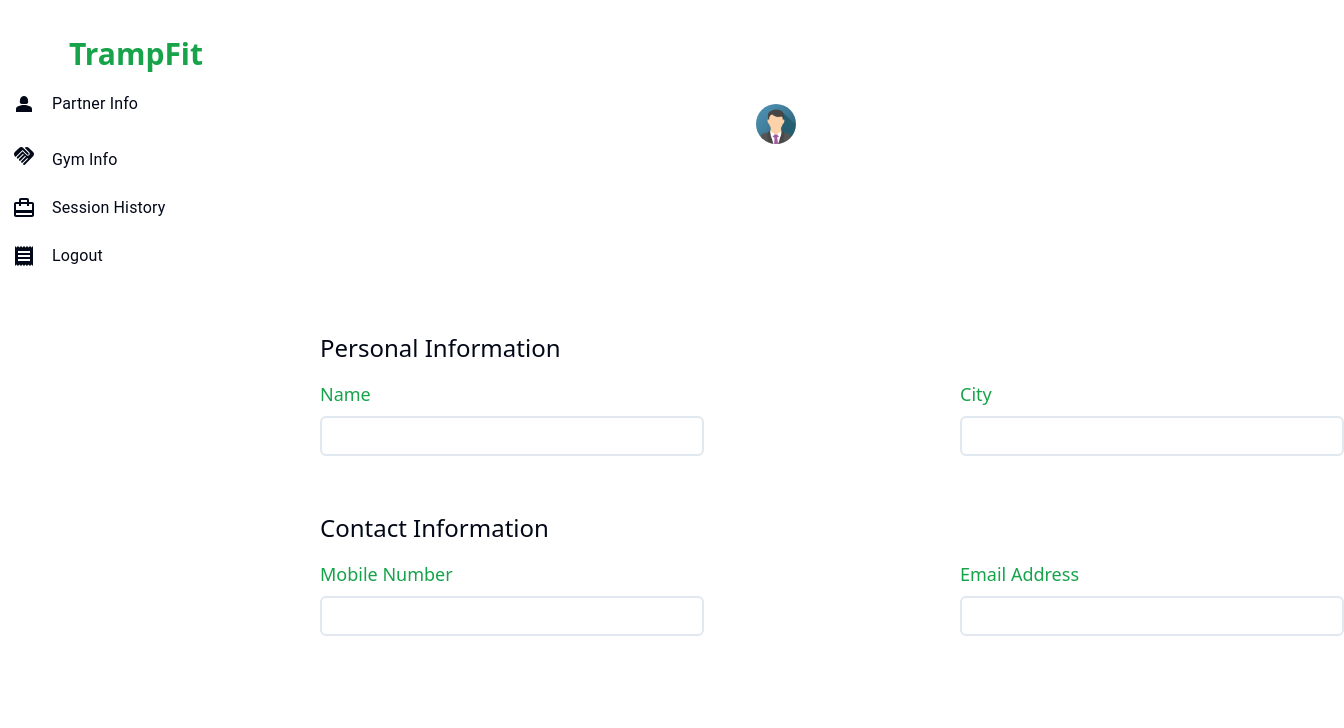
Repository: ezioxatul/TrampFit-Website
Page: /partner/partnerDashboard/partnerInfo (app in Frontend/)
An editor plug-in stored every save of this project. The page is shown before and after the next save, followed by the edit.
The browser window is 1280 px wide. The page is 1344 px wide, so the pictures cover 1344 px, including what lies to the right of the window. The pictures show the whole page.
The project was rebuilt for these pictures with package versions that can differ from the ones it lists, and the page was loaded fresh each time. The framework's server and built-in components were replaced by stand-ins that run in the browser. Also part of the build but not shown: Frontend/next.config.js, Frontend/next.config.mjs, Frontend/components/Loader.js, Frontend/components/Popup.js.

Above is the page before, as saved 2024-05-16 17:49:16.

### Frontend/pages/_app.js
import Loader from "@/components/Loader";
import "@/styles/globals.css";
import { useRouter } from "next/router";
import { useEffect, useState } from "react";


const Loading = () => {

  return (
    <Loader/>
  );
}

export default function App({ Component, pageProps }) {

  const [loading, setLoading] = useState(false);
  const router = useRouter();

  useEffect(() => {
    const handleStart = () => setLoading(true);
    const handleComplete = () => setLoading(false);

    router.events.on('routeChangeStart', handleStart);
    router.events.on('routeChangeComplete', handleComplete);
    router.events.on('routeChangeError', handleComplete);

    return () => {
      router.events.off('routeChangeStart', handleStart);
      router.events.off('routeChangeComplete', handleComplete);
      router.events.off('routeChangeError', handleComplete);
    };
  }, []);

  return (
    <>
    <div className="h-2">
      {
        loading  &&
          <Loading />

      }
      </div>
          <Component {...pageProps} />

    </>
  );
}

### Frontend/pages/_document.js
import { Html, Head, Main, NextScript } from "next/document";

export default function Document() {
  return (
    <Html lang="en">
          <Head />
          <body>
            <Main />
            <NextScript />
          </body>
        </Html>
        );
}

### Frontend/pages/partner/partnerDashboard/partnerInfo.js
import PartnerSideBar from "@/components/PartnerSideBar";
import { Avatar } from "@mui/material";
import { Input } from "@/components/ui/input";
import { Label } from "@/components/ui/label";
import { useEffect, useState } from "react";
import { useRouter } from "next/router";
import { ToastContainer, toast } from "react-toastify";

export default function partnerInfo() {
    const inputClassName = "w-96 text-lg border-2";
    const labelClassName = "text-lg text-green-600 font-normal";
    const containerClassName = "ml-80";

    return (
        <>
            <div className="flex flex-col min-h-screen">
                <div className="flex">
                    <PartnerSideBar />
                        <Avatar className="w-36 mx-auto mt-24 h-36 text-6xl bg-black" src="/avtar.png" />
                </div>
                <div>
                    <h1 className={`${containerClassName} text-2xl mb-4`}>Personal Information</h1>
                    <div className={`${containerClassName} flex mb-10`}>
                        <div className="mr-32 space-y-2">
                            <Label htmlFor="name" className={labelClassName}>
                                Name
                            </Label>
                            <Input type="text" className={inputClassName} />
                        </div>
                        <div className="ml-32 space-y-2">
                            <Label htmlFor="city" className={labelClassName}>
                                City
                            </Label>
                            <Input type="text" className={inputClassName} />
                        </div>
                    </div>
                </div>
                <div>
                    <h1 className={`${containerClassName} text-2xl mb-4 mt-4`}>Contact Information</h1>
                    <div className={`${containerClassName} flex mb-10`}>
                        <div className="mr-32 space-y-2">
                            <Label htmlFor="name" className={labelClassName}>
                                Mobile Number
                            </Label>
                            <Input type="text" className={inputClassName} />
                        </div>
                        <div className="ml-32 space-y-2 mb-10">
                            <Label htmlFor="city" className={labelClassName}>
                                Email Address
                            </Label>
                            <Input type="text" className={inputClassName} />
                        </div>
                        <ToastContainer />
                    </div>
                </div>
            </div>
        </>
    );
}

### Frontend/styles/globals.css
@tailwind base;
@tailwind components;
@tailwind utilities;


@layer base {
  :root {
    --background: 0 0% 100%;
    --foreground: 222.2 84% 4.9%;

    --card: 0 0% 100%;
    --card-foreground: 222.2 84% 4.9%;

    --popover: 0 0% 100%;
    --popover-foreground: 222.2 84% 4.9%;

    --primary: 222.2 47.4% 11.2%;
    --primary-foreground: 210 40% 98%;

    --secondary: 210 40% 96.1%;
    --secondary-foreground: 222.2 47.4% 11.2%;

    --muted: 210 40% 96.1%;
    --muted-foreground: 215.4 16.3% 46.9%;

    --accent: 210 40% 96.1%;
    --accent-foreground: 222.2 47.4% 11.2%;

    --destructive: 0 84.2% 60.2%;
    --destructive-foreground: 210 40% 98%;

    --border: 214.3 31.8% 91.4%;
    --input: 214.3 31.8% 91.4%;
    --ring: 222.2 84% 4.9%;

    --radius: 0.5rem;
  }

  .dark {
    --background: 222.2 84% 4.9%;
    --foreground: 210 40% 98%;

    --card: 222.2 84% 4.9%;
    --card-foreground: 210 40% 98%;

    --popover: 222.2 84% 4.9%;
    --popover-foreground: 210 40% 98%;

    --primary: 210 40% 98%;
    --primary-foreground: 222.2 47.4% 11.2%;

    --secondary: 217.2 32.6% 17.5%;
    --secondary-foreground: 210 40% 98%;

    --muted: 217.2 32.6% 17.5%;
    --muted-foreground: 215 20.2% 65.1%;

    --accent: 217.2 32.6% 17.5%;
    --accent-foreground: 210 40% 98%;

    --destructive: 0 62.8% 30.6%;
    --destructive-foreground: 210 40% 98%;

    --border: 217.2 32.6% 17.5%;
    --input: 217.2 32.6% 17.5%;
    --ring: 212.7 26.8% 83.9%;
  }
}

@layer base {
  * {
    @apply border-border;
  }
  body {
    @apply bg-background text-foreground;
  }
}


.outline_remove:focus{


}
.focus-visible\:ring-offset-2:focus-visible{
  border:none !important;
  outline: none !important;
  border-style: none;
}

### Frontend/components/PartnerSideBar.js
import List from '@mui/material/List';
import ListItemButton from '@mui/material/ListItemButton';
import ListItemText from '@mui/material/ListItemText';
import Person2Icon from '@mui/icons-material/Person2';
import HandshakeIcon from '@mui/icons-material/Handshake';
import CardTravelIcon from '@mui/icons-material/CardTravel';
import ReceiptIcon from '@mui/icons-material/Receipt';
import LogoutIcon from '@mui/icons-material/Logout';

import { useState } from 'react';
import Link from 'next/link';
import Popup from './Popup';
import { useRouter } from 'next/router';

export default function PartnerSideBar() {

    let SideBarHeading = ['Partner Info', 'Gym Info', 'Session History', 'Logout'];

    let router = useRouter();
    let [start, setStart] = useState(false);

    const logout = () => {
        setStart(!start);
    }


    const logoutEvent = () => {
        localStorage.removeItem('partnerToken');
        setStart(false);
        router.push('/partner/partnerLogin')
    }
    return (
        <>
            <div className=" w-72  m-[-8px] p-1  mb-10">
                <Link href="#"><h1 className=' text-green-600 text-3xl font-semibold text-center mt-8 cursor-pointer'>TrampFit</h1></Link>

                <List className='bg-white mt-8 ml-6 space-y-2'>
                    {
                        SideBarHeading.map((text, index) => {
                            return (
                                index === 1 ?
                                    <>

                                        <ListItemButton className=' space-x-4 flex justify-between hover:bg-green-100 hover:rounded-2xl hover:text-green-600'>
                                            <Link href="#" className='flex space-x-4 '>
                                                <HandshakeIcon className='text-2xl' />
                                                <ListItemText primary={text} />
                                            </Link>
                                        </ListItemButton>

                                    </> :
                                    index === 0 ?
                                        <Link href="#">
                                            <ListItemButton className=' space-x-4 hover:bg-green-100 hover:rounded-2xl hover:text-green-600'>
                                                <Person2Icon className='text-2xl' />
                                                <ListItemText primary={text} />
                                            </ListItemButton>
                                        </Link> :
                                        index === 2 ?
                                            <Link href="#">
                                                <ListItemButton className=' space-x-4 hover:bg-green-100 hover:rounded-2xl hover:text-green-600'>
                                                    <CardTravelIcon className='text-2xl' />
                                                    <ListItemText primary={text} />
                                                </ListItemButton>
                                            </Link> :
                                            index === 3 ?
                                                <Link href="#">
                                                    <ListItemButton className=' space-x-4 hover:bg-green-100 hover:rounded-2xl hover:text-green-600'>
                                                        <ReceiptIcon className='text-2xl' />
                                                        <ListItemText primary={text} />
                                                    </ListItemButton>
                                                </Link> :
                                                <ListItemButton className=' space-x-4 hover:bg-green-100 hover:rounded-2xl hover:text-green-600' onClick={logout}>
                                                    <LogoutIcon className='text-2xl' />
                                                    <ListItemText primary={text} />
                                                    <Popup open={start} title={"Do you Really want to Logout?"} cancel="Cancel" logout="Logout" logoutEvent={logoutEvent} cancelEvent={logout} />
                                                </ListItemButton>
                            )
                        })
                    }
                </List>
            </div>
        </>
    );
}

### Frontend/tailwind.config.js
/** @type {import('tailwindcss').Config} */
module.exports = {
  darkMode: ["class"],
  content: [
    './pages/**/*.{js,jsx}',
    './components/**/*.{js,jsx}',
    './app/**/*.{js,jsx}',
    './src/**/*.{js,jsx}',
  ],
  prefix: "",
  theme: {
    container: {
      center: true,
      padding: "2rem",
      screens: {
        "2xl": "1400px",
      },
    },
    extend: {fontFamily: {
      play: ["Play", "sans-serif"],
    },
      colors: {
        border: "hsl(var(--border))",
        input: "hsl(var(--input))",
        ring: "hsl(var(--ring))",
        background: "hsl(var(--background))",
        foreground: "hsl(var(--foreground))",
        primary: {
          DEFAULT: "hsl(var(--primary))",
          foreground: "hsl(var(--primary-foreground))",
        },
        secondary: {
          DEFAULT: "hsl(var(--secondary))",
          foreground: "hsl(var(--secondary-foreground))",
        },
        destructive: {
          DEFAULT: "hsl(var(--destructive))",
          foreground: "hsl(var(--destructive-foreground))",
        },
        muted: {
          DEFAULT: "hsl(var(--muted))",
          foreground: "hsl(var(--muted-foreground))",
        },
        accent: {
          DEFAULT: "hsl(var(--accent))",
          foreground: "hsl(var(--accent-foreground))",
        },
        popover: {
          DEFAULT: "hsl(var(--popover))",
          foreground: "hsl(var(--popover-foreground))",
        },
        card: {
          DEFAULT: "hsl(var(--card))",
          foreground: "hsl(var(--card-foreground))",
        },
      },
      borderRadius: {
        lg: "var(--radius)",
        md: "calc(var(--radius) - 2px)",
        sm: "calc(var(--radius) - 4px)",
      },
      keyframes: {
        "accordion-down": {
          from: { height: "0" },
          to: { height: "var(--radix-accordion-content-height)" },
        },
        "accordion-up": {
          from: { height: "var(--radix-accordion-content-height)" },
          to: { height: "0" },
        },
      },
      animation: {
        "accordion-down": "accordion-down 0.2s ease-out",
        "accordion-up": "accordion-up 0.2s ease-out",
      },
    },
  },
  plugins: [require("tailwindcss-animate")],
}

Loaded but not shown: Frontend/components/ui/input.jsx (common file); Frontend/components/ui/label.jsx (common file); Frontend/lib/utils.js (common file)

After the next save:
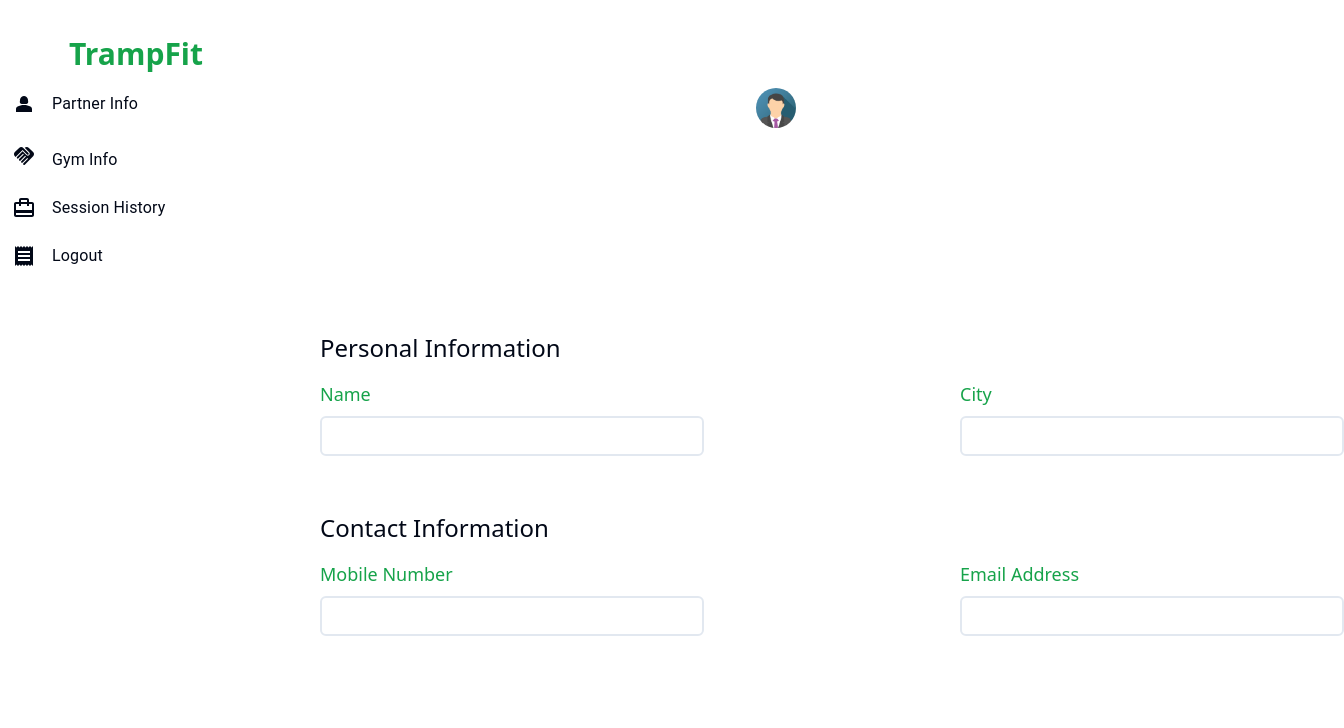
Saved 19 s later.
--- a/Frontend/pages/partner/partnerDashboard/partnerInfo.js
+++ b/Frontend/pages/partner/partnerDashboard/partnerInfo.js
@@ -16,7 +16,7 @@ export default function partnerInfo() {
             <div className="flex flex-col min-h-screen">
                 <div className="flex">
                     <PartnerSideBar />
-                        <Avatar className="w-36 mx-auto mt-24 h-36 text-6xl bg-black" src="/avtar.png" />
+                        <Avatar className="w-36 mx-auto mt-20 h-36 text-6xl bg-black" src="/avtar.png" />
                 </div>
                 <div>
                     <h1 className={`${containerClassName} text-2xl mb-4`}>Personal Information</h1>
